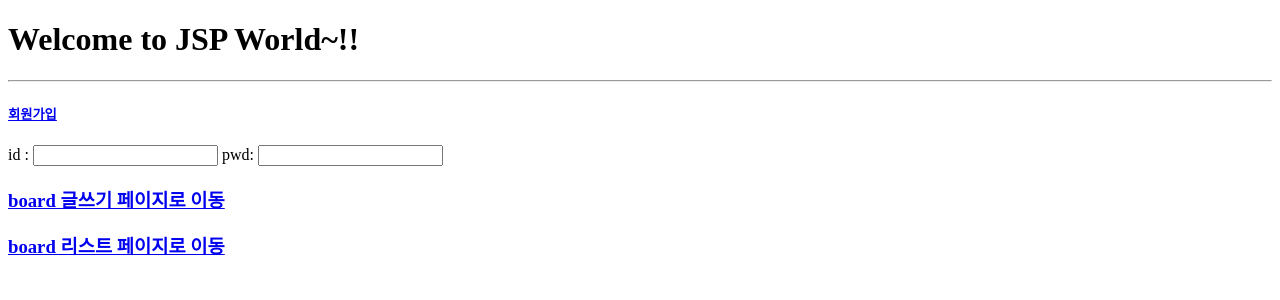
Repository: csk3830/jsp
Page: http://localhost/jsp_study/
The author's editor kept a copy of each file at every save. The page is drawn from the files as they stood at one save, then again after the next save.
The browser window is 1280 px wide. The pictures show the whole page.
The page is served by Tomcat 9. Other server files are loaded and not shown.

Above is the page before, as saved 2024-10-25 02:35:37.

### jsp_study/src/main/webapp/index.jsp
<%@ page language="java" contentType="text/html; charset=UTF-8"
    pageEncoding="UTF-8"%>
<!DOCTYPE html>
<html>
<head>
<meta charset="UTF-8">
<title>Insert title here</title>
</head>
<body>
	<h1>Welcome to JSP World~!!</h1>
	<hr>
	<h5><a href="/mem/join">회원가입</a></h5>

	<div>
	id : <input type="text" name="id"> pwd: <input type="password" name="pwd">
	</div>
	<!-- jsp의 모든 경로는 controller로 이동하게 해야 함. -->
	<h3><a href="/brd/register">board 글쓰기 페이지로 이동</a></h3>
	<h3><a href="/brd/list">board 리스트 페이지로 이동</a></h3>
</body>
</html>

After the next save:
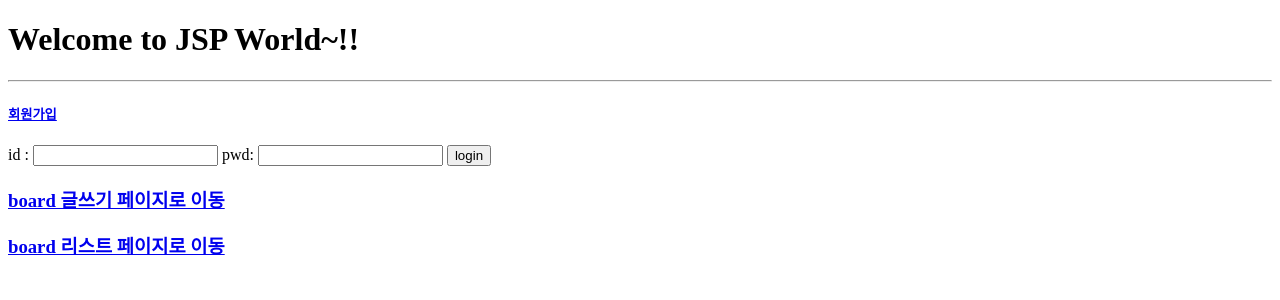
Saved 12 s later.
--- a/jsp_study/src/main/webapp/index.jsp
+++ b/jsp_study/src/main/webapp/index.jsp
@@ -13,6 +13,7 @@
 
 	<div>
 	id : <input type="text" name="id"> pwd: <input type="password" name="pwd">
+	<button>login</button>
 	</div>
 	<!-- jsp의 모든 경로는 controller로 이동하게 해야 함. -->
 	<h3><a href="/brd/register">board 글쓰기 페이지로 이동</a></h3>
